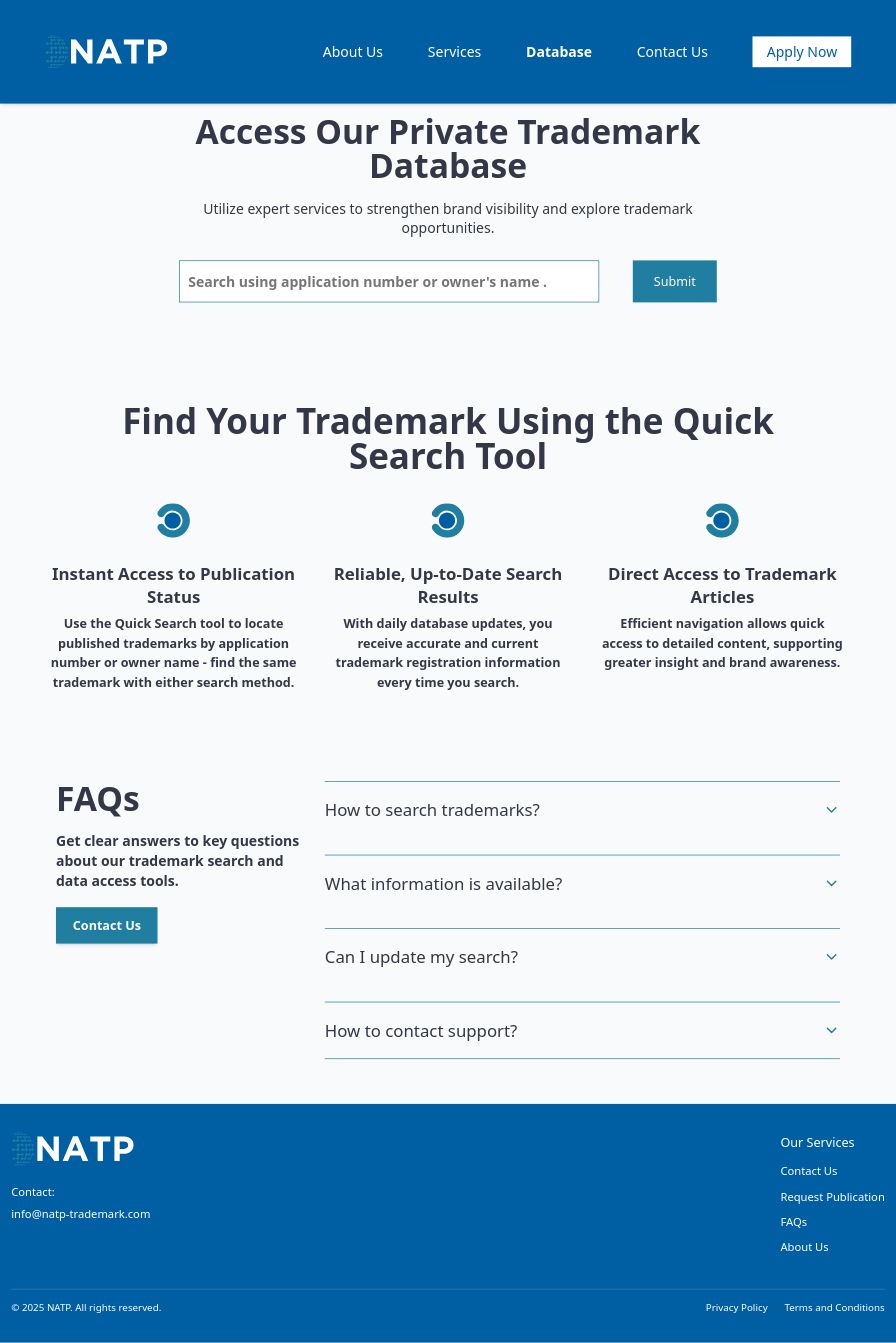
Repository: raushan22882917/natp-preview
Page: /search
The author's editor kept a copy of each file at every save. The page is drawn from the files as they stood at one save, then again after the next save.
The browser window is 1280 px wide. The pictures show the whole page, at 70% of full size.
The project was rebuilt for these pictures with package versions that can differ from the ones it lists, and the page was loaded fresh each time. Also part of the build but not shown: vite.config.ts, src/components/ui/tooltip.tsx, src/components/Hero.tsx, src/hooks/use-hash-scroll.tsx, src/pages/Index.tsx, src/pages/About.tsx, src/components/ui/card.tsx, src/components/SearchResults.tsx and 34 more.

Above is the page before, as saved 2025-05-13 20:46:28.

After the next save:
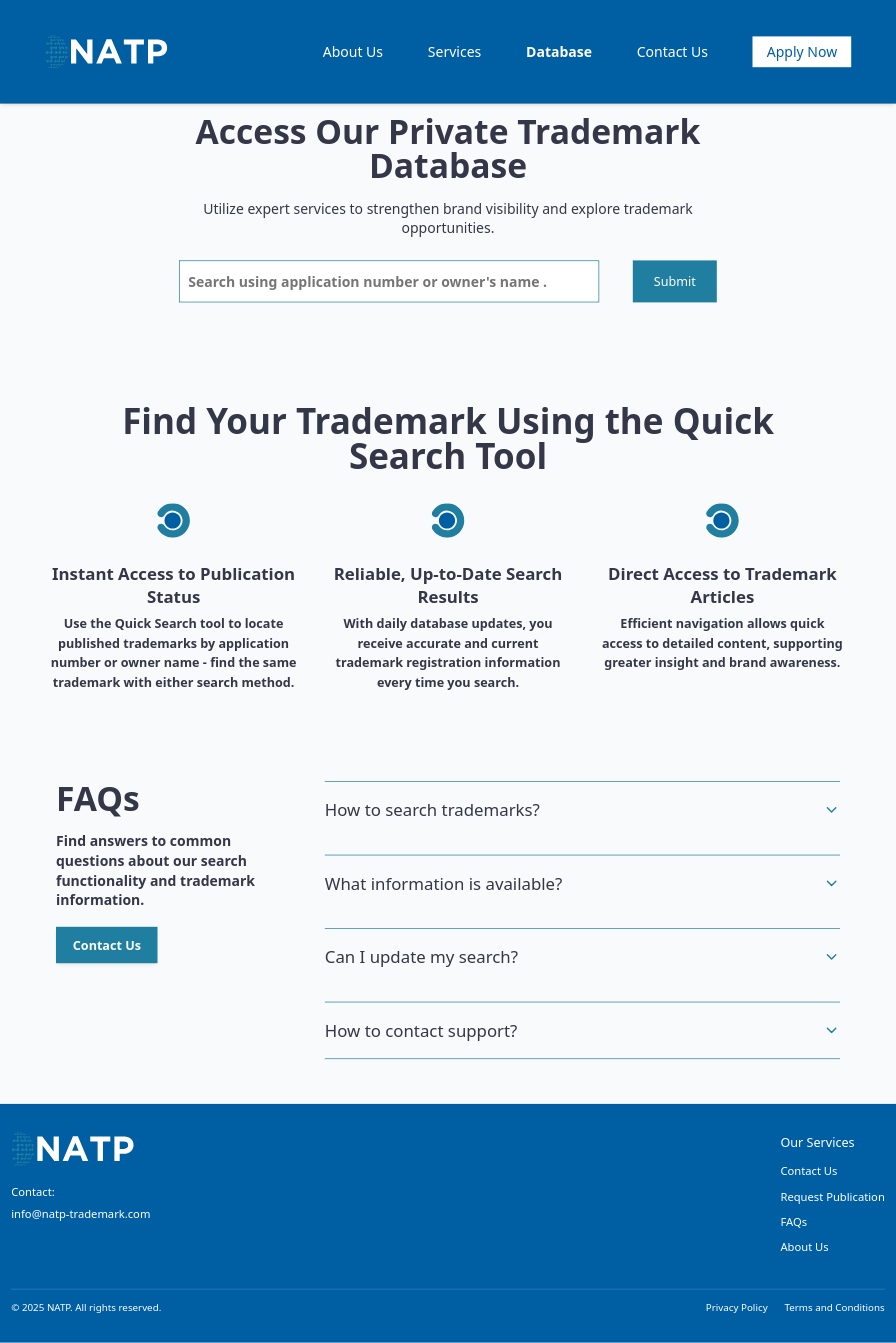
Saved 15 s later.
--- a/src/pages/Search.tsx
+++ b/src/pages/Search.tsx
@@ -311,8 +311,7 @@ export default function Search() {
               FAQs
             </h2>
             <p className="text-[#333747] text-lg sm:text-xl font-semibold mb-6">
-              Get clear answers to key questions about our trademark search and
-              data access tools.
+              Find answers to common questions about our search functionality and trademark information.
             </p>
             <button className="bg-[#207ea0] text-white px-6 py-3 shadow-md hover:bg-[#207ea0] transition-colors text-lg font-semibold">
               <Link to="/contact">Contact Us</Link>
